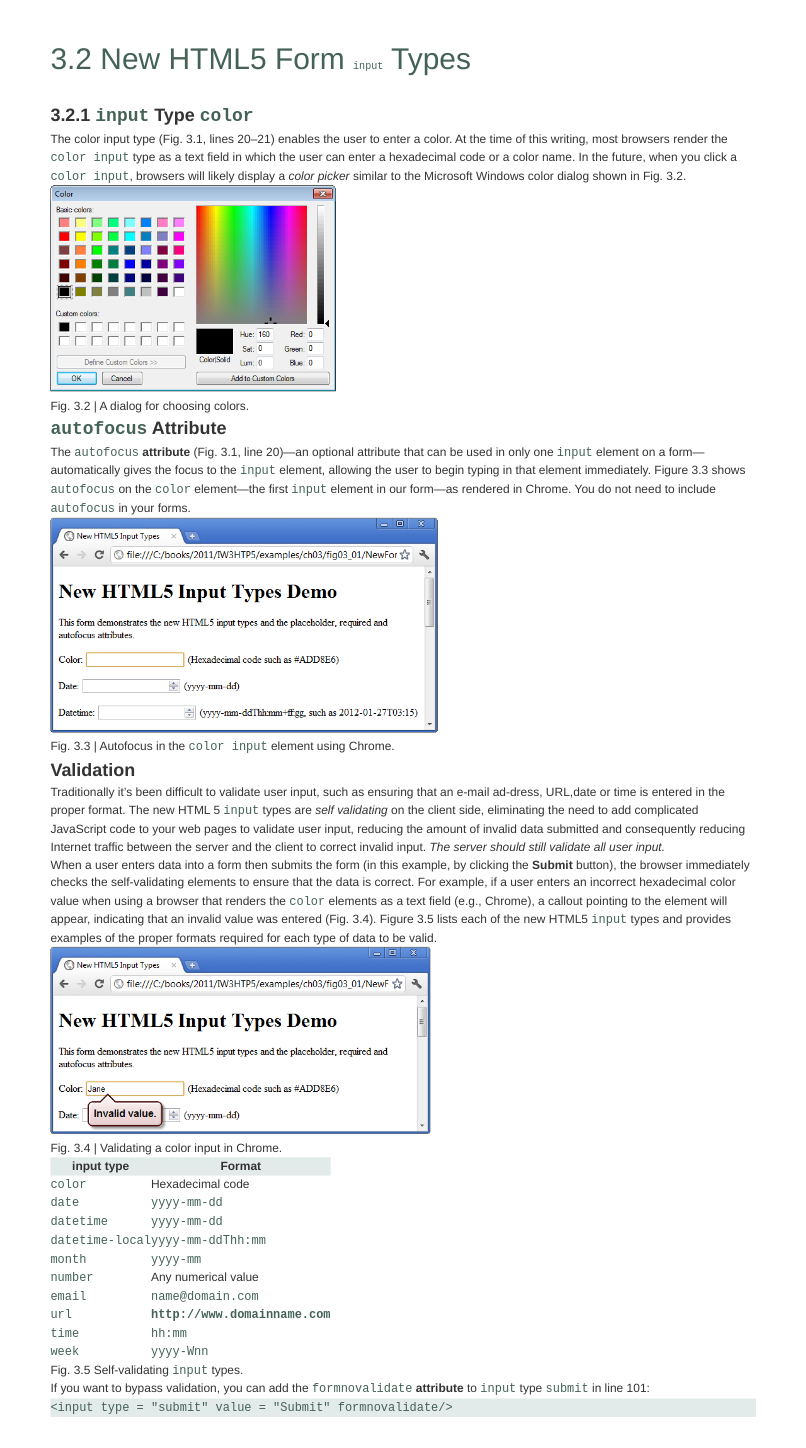
Repository: mlmEFSC21/P4-Textbook-Copy
Page: index.html
The author's editor kept a copy of each file at every save. The page is drawn from the files as they stood at one save, then again after the next save.
The browser window is 1280 px wide. The pictures show the whole page, at 63% of full size.

Above is the page before, as saved 2022-02-03 16:33:16.

### index.html
<!DOCTYPE html>
<html lang="en">
    <head>
        <meta charset="UTF-8" />
        <meta http-equiv="X-UA-Compatible" content="IE=edge" />
        <meta name="viewport" content="width=device-width, initial-scale=1.0" />
        <link rel="stylesheet" href="bookStyles.css" />
        <title>Laying Out Book Pages</title>
    </head>
    <header>
        <h1>
            3.2 New HTML5 Form <code><span class="header1">input</span></code> Types
        </h1>
    </header>
    <body>
        <section class="color-input-type">
            <header>
                <h2>3.2.1 <code>input</code> Type <code>color</code></h2>
            </header>
            <p>
                The color input type (Fig. 3.1, lines 20–21) enables the user to enter a color. At
                the time of this writing, most browsers render the <code>color input</code> type as
                a text field in which the user can enter a hexadecimal code or a color name. In the
                future, when you click a <code>color input</code>, browsers will likely display a
                <em>color picker</em> similar to the Microsoft Windows color dialog shown in Fig.
                3.2.
            </p>
            <figure>
                <img src="images\OperaColorInput.png" alt="Microsoft Windows color dialog" />
                <figcaption>Fig. 3.2 | A dialog for choosing colors.</figcaption>
            </figure>
        </section>
        <section class="autofocus-attribute">
            <header>
                <h2><code>autofocus</code> Attribute</h2>
            </header>
            <p>
                The <code>autofocus</code> <strong>attribute</strong> (Fig. 3.1, line 20)—an
                optional attribute that can be used in only one <code>input</code> element on a
                form—automatically gives the focus to the <code>input</code> element, allowing the
                user to begin typing in that element immediately. Figure 3.3 shows
                <code>autofocus</code> on the <code>color</code> element—the first
                <code>input</code> element in our form—as rendered in Chrome. You do not need to
                include <code>autofocus</code> in your forms.
            </p>
            <figure>
                <img
                    src="images\Autofocus.png"
                    alt="web page demo of autofocus on a color input field"
                />
                <figcaption>
                    Fig. 3.3 | Autofocus in the <code>color input</code> element using Chrome.
                </figcaption>
            </figure>
        </section>
        <section class="input-validation">
            <header>
                <h2>Validation</h2>
            </header>
            <p>
                Traditionally it’s been difficult to validate user input, such as ensuring that an
                e-mail ad-dress, URL,date or time is entered in the proper format. The new HTML 5
                <code>input</code> types are <em>self validating</em> on the client side,
                eliminating the need to add complicated JavaScript code to your web pages to
                validate user input, reducing the amount of invalid data submitted and consequently
                reducing Internet traffic between the server and the client to correct invalid
                input. <em>The server should still validate all user input.</em>
            </p>
            <p>
                When a user enters data into a form then submits the form (in this example, by
                clicking the <strong>Submit</strong> button), the browser immediately checks the
                self-validating elements to ensure that the data is correct. For example, if a user
                enters an incorrect hexadecimal color value when using a browser that renders the
                <code>color</code> elements as a text field (e.g., Chrome), a callout pointing to
                the element will appear, indicating that an invalid value was entered (Fig. 3.4).
                Figure 3.5 lists each of the new HTML5 <code>input</code> types and provides
                examples of the proper formats required for each type of data to be valid.
            </p>
            <figure>
                <img
                    src="images\SelfValidationChrome.png"
                    alt="web page demo of validation preventing a non color input into a color input field"
                />
                <figcaption>Fig. 3.4 | Validating a color input in Chrome.</figcaption>
            </figure>
        </section>
        <section class="self-validating-types">
            <figure>
                <table class="validation-table">
                    <thead>
                        <th>input type</th>
                        <th>Format</th>
                    </thead>
                    <tr>
                        <td><code>color</code></td>
                        <td>Hexadecimal code</td>
                    </tr>
                    <tr>
                        <td><code>date</code></td>
                        <td><code>yyyy-mm-dd</code></td>
                    </tr>
                    <tr>
                        <td><code>datetime</code></td>
                        <td><code>yyyy-mm-dd</code></td>
                    </tr>
                    <tr>
                        <td><code>datetime-local</code></td>
                        <td><code>yyyy-mm-ddThh:mm</code></td>
                    </tr>
                    <tr>
                        <td><code>month</code></td>
                        <td><code>yyyy-mm</code></td>
                    </tr>
                    <tr>
                        <td><code>number</code></td>
                        <td>Any numerical value</td>
                    </tr>
                    <tr>
                        <td><code>email</code></td>
                        <td><code>name@domain.com</code></td>
                    </tr>
                    <tr>
                        <td><code>url</code></td>
                        <td>
                            <a href="http://www.domainname.com"
                                ><code>http://www.domainname.com</code></a
                            >
                        </td>
                    </tr>
                    <tr>
                        <td><code>time</code></td>
                        <td><code>hh:mm</code></td>
                    </tr>
                    <tr>
                        <td><code>week</code></td>
                        <td><code>yyyy-Wnn</code></td>
                    </tr>
                </table>
                <figcaption>Fig. 3.5 Self-validating <code>input</code> types.</figcaption>
            </figure>
            <aside>
                <p>
                    If you want to bypass validation, you can add the <code>formnovalidate</code>
                    <strong>attribute</strong> to <code>input</code> type <code>submit</code> in
                    line 101:
                </p>
                <div class="form-no-val">
                    <code>&lt;input type = "submit" value = "Submit" formnovalidate/&gt;</code>
                </div>
            </aside>
        </section>
    </body>
</html>

### bookStyles.css
:root {
    --clr-prime: #;
    --clr-background-accent: rgba(70, 114, 115, 0.15);
    --clr-font-links: #275b8a;
    --clr-font-prime: #333;
    --clr-font-code: #446256;
    --clr-font-figcap: darkgrey;
    --clr-background: white;
}
*,
*::before,
*::after {
    margin: 0;
    padding: 0;
    box-sizing: border-box;
}
html {
    font-size: 19px;
    font-family: sans-serif;
}
body {
    font-family: "Helvetica Neue", Helvetica, Arial, "Lucida Grande", sans-serif;
    margin: 57px 0;
    padding: 0 80px;
    padding: auto;
    line-height: 1.5;
    background-color: var(--clr-background);
    color: var(--clr-font-prime);
}
h1,
code {
    color: var(--clr-font-code);
}
h1 {
    font-size: 2.5em;
    margin-top: 1.15em;
    margin-bottom: 0.6em;
    font-style: normal;
    font-weight: 300;
    line-height: 1.5;
}
.header1 {
    font-size: large;
}
table {
    border-collapse: collapse;
}
a {
    color: var(--clr-font-links);
    text-decoration: none;
    font-weight: 700;
    cursor: pointer;
}
th,
div {
    background-color: var(--clr-background-accent);
}

After the next save:
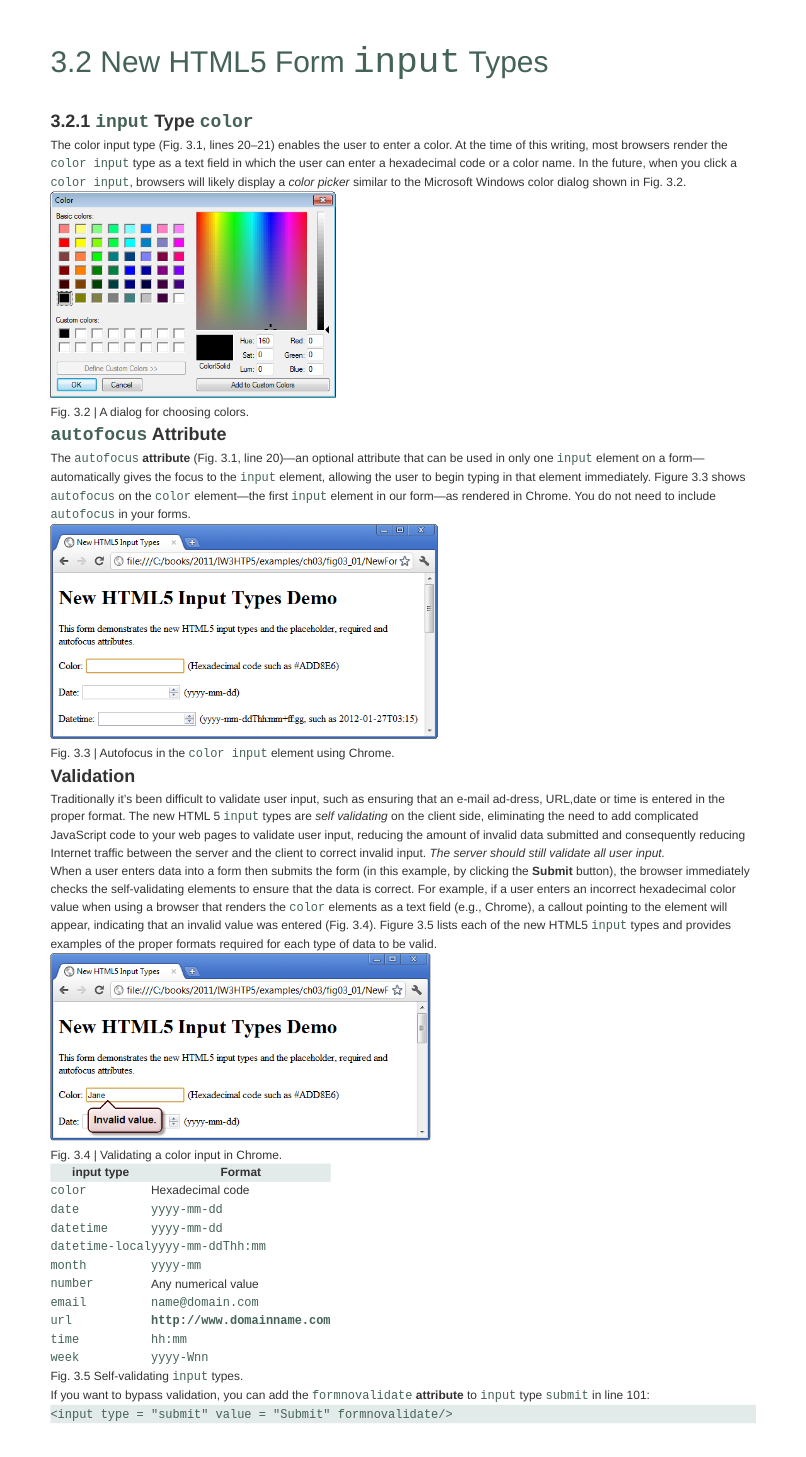
Saved 5 s later.
--- a/bookStyles.css
+++ b/bookStyles.css
@@ -40,7 +40,7 @@
     line-height: 1.5;
 }
 .header1 {
-    font-size: large;
+    font-size: larger;
 }
 table {
     border-collapse: collapse;

After the save that followed:
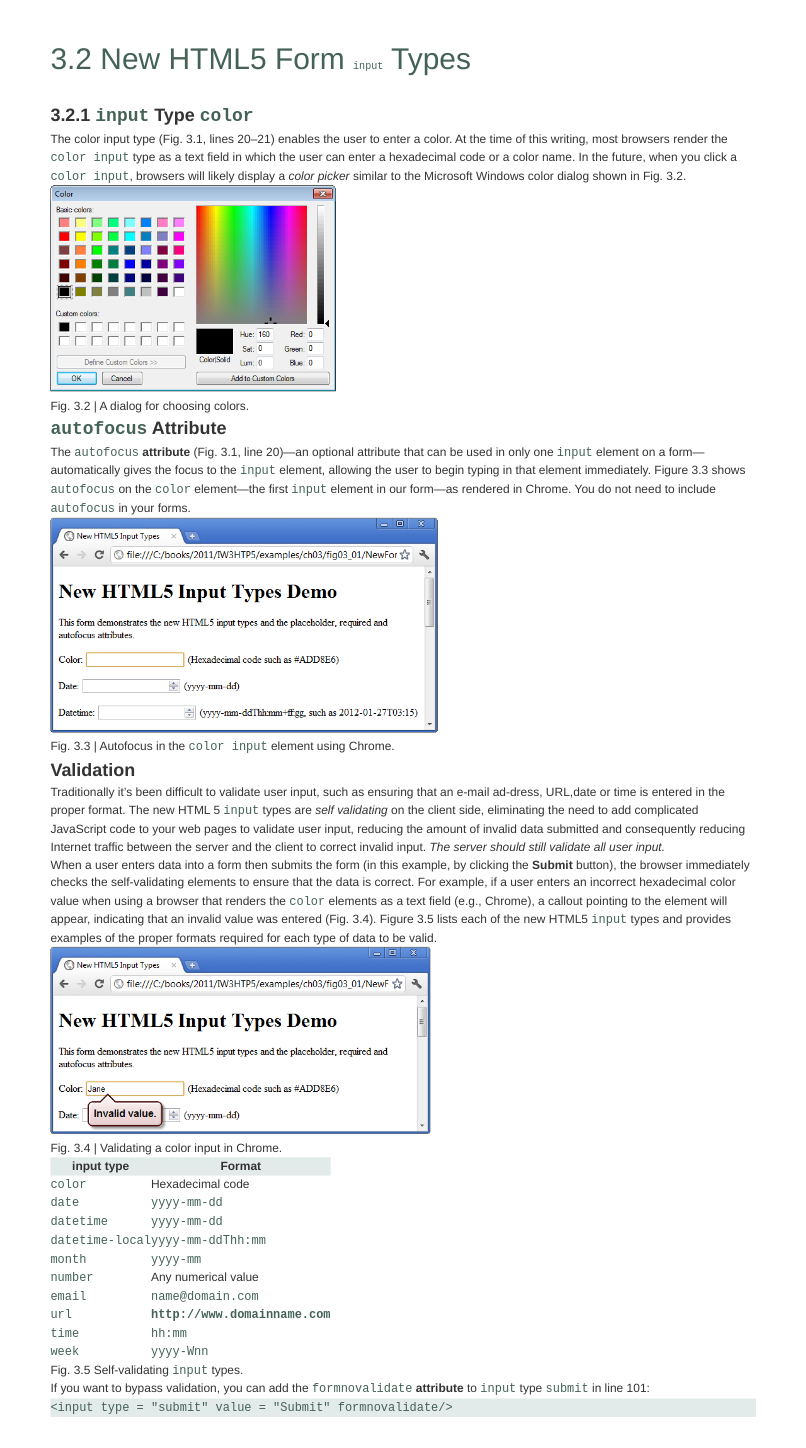
Saved 6 s later.
--- a/bookStyles.css
+++ b/bookStyles.css
@@ -40,7 +40,7 @@
     line-height: 1.5;
 }
 .header1 {
-    font-size: larger;
+    font-size: large;
 }
 table {
     border-collapse: collapse;
